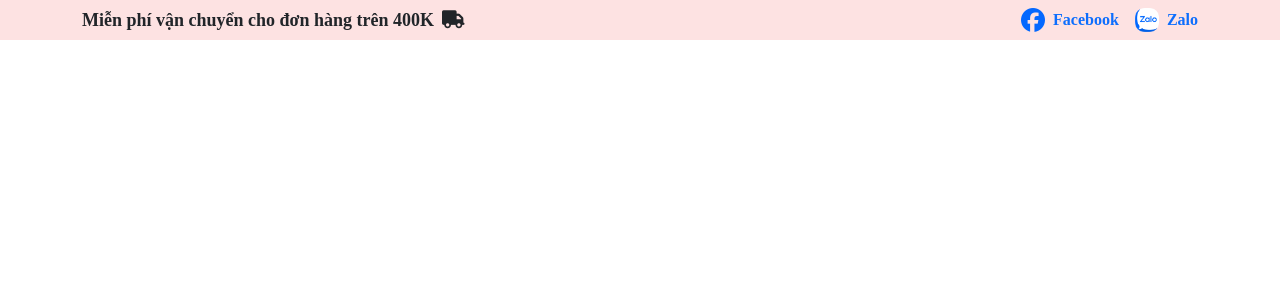
Repository: hoang28092000/kim-store
Page: index.html
These files come from the project's save history. The page is drawn as it stood at one moment and after the next save; the edit follows.
The browser window is 1280 px wide. The pictures show the whole page.
Some web libraries are served in a nearby version.

Above is the page before, as saved 2024-10-31 22:06:07.

After the next save:
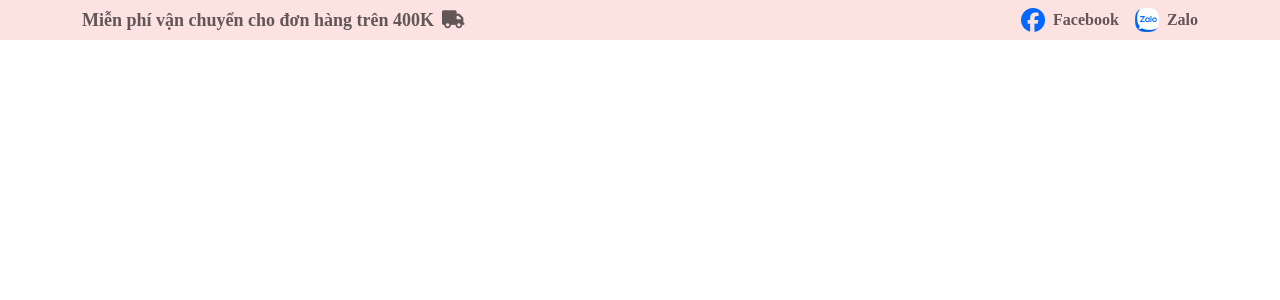
Saved 4 s later.
--- a/asset/style.css
+++ b/asset/style.css
@@ -8,11 +8,11 @@
 }
 .txt-16px{
     font-size: 16px;
-    color: ##625656;
+    color: #625656;
 }
 .txt_bold{
     font-size: 18px;
-    color: ##625656;
+    color: #625656;
     font-weight: 700;
 }
 #header{
@@ -27,7 +27,7 @@
 }
 .top_header .icon-truck{
     font-size: 18px;
-    color: ##625656;
+    color: #625656;
 }
 .top_header .tag-a-top_header{
     text-decoration: none;
@@ -42,7 +42,7 @@
 }
 .top_header .txt-fb , .top_header .txt-zalo{
     font-size: 16px;
-    color: ##625656;
+    color: #625656;
     font-weight: 600;
 }
 .top_header .txt-fb:hover , .top_header .txt-zalo:hover{
